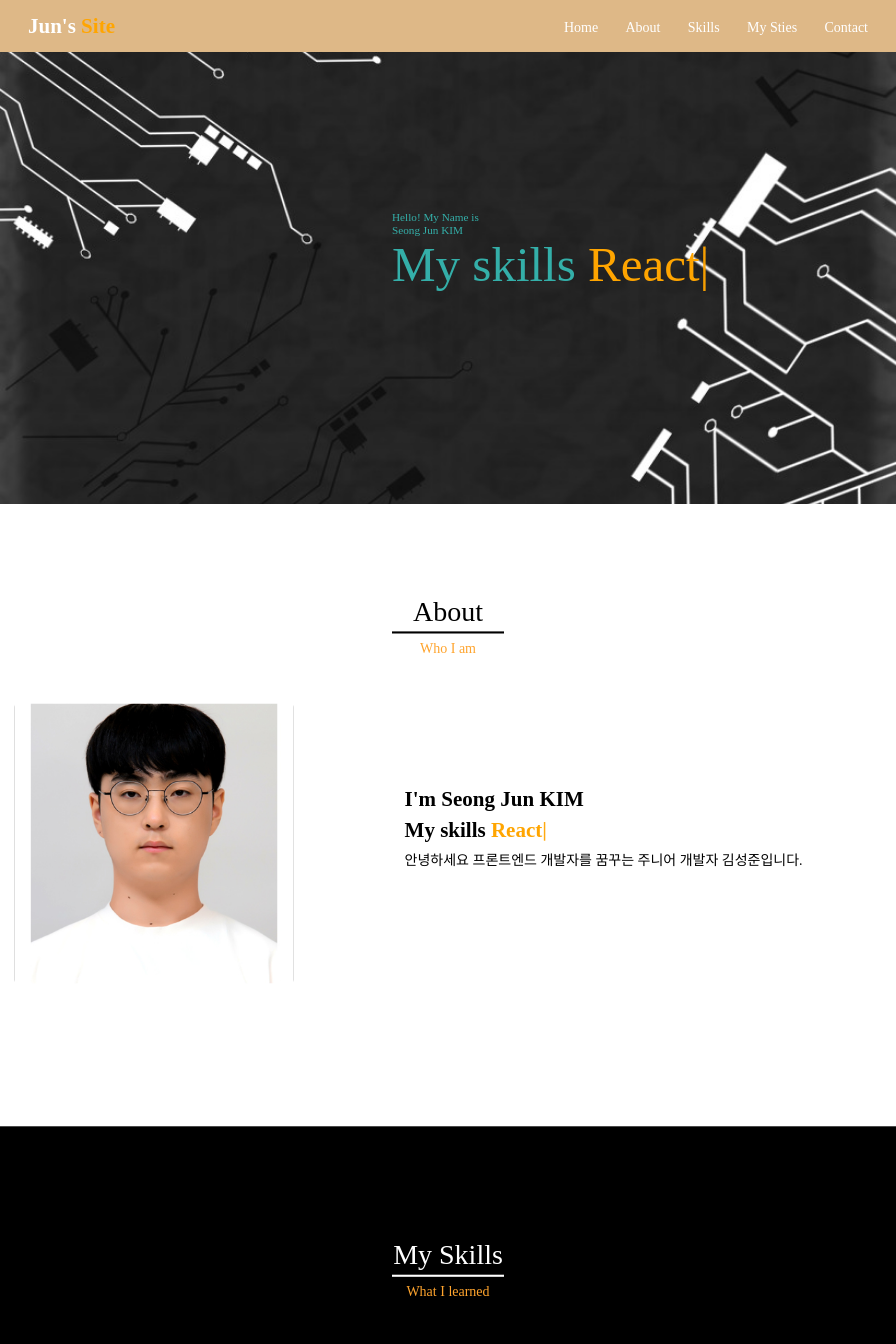
Repository: jun01270/jun
Page: index.html
The author's editor kept a copy of each file at every save. The page is drawn from the files as they stood at one save, then again after the next save.
The browser window is 1280 px wide. The pictures show the part of the page from y = 0 to 1920 px (the page is 3749 px tall), at 70% of full size.
Some web libraries are served in a nearby version.

Above is the page before, as saved 2023-05-15 12:21:05.

### index.html
<!DOCTYPE html>
<html lang="en">
  <head>
    <meta charset="UTF-8" />
    <meta http-equiv="X-UA-Compatible" content="IE=edge" />
    <meta name="viewport" content="width=device-width, initial-scale=1.0" />
    <link rel="stylesheet" href="./css/style.css" />
    <link rel="stylesheet" href="./css/home.css" />
    <link rel="stylesheet" href="./css/about.css" />
    <link rel="stylesheet" href="./css/skills.css" />
    <link rel="stylesheet" href="./css/mysites.css" />
    <link rel="stylesheet" href="./css/contact.css" />
    <script
      src="https://kit.fontawesome.com/252eac6dbf.js"
      crossorigin="anonymous"
    ></script>
    <script src="https://code.jquery.com/jquery-3.6.0.min.js"></script>
    <script src="https://cdnjs.cloudflare.com/ajax/libs/typed.js/2.0.12/typed.min.js"></script>
    <title>Jun's site</title>
  </head>
  <body>
    <nav class="navbar">
      <div class="max-width">
        <div class="logo">
          <a href="#home">Jun's <span>Site</span></a>
        </div>
        <ul class="menu-bar">
          <li><a href="#home" class="menu-btn" id="homeID">Home</a></li>
          <li><a href="#about" class="menu-btn" id="homeID">About</a></li>
          <li><a href="#skills" class="menu-btn">Skills</a></li>
          <li><a href="#my-sites" class="menu-btn">My Sties</a></li>
          <li><a href="#contact" class="menu-btn">Contact</a></li>
        </ul>
      </div>
    </nav>

    <!--home섹션-->
    <section class="home" id="home">
      <div class="max-width">
        <div class="home-section">
          <div class="text-1">Hello! My Name is</div>
          <div class="text-2">Seong Jun KIM</div>
          <div class="text-3">My skills <span class="typing1">HTML</span></div>
        </div>
      </div>
    </section>

    <!--about섹션-->
    <section class="about" id="about">
      <div class="max-width">
        <h2 class="title">About</h2>
        <div class="about-content">
          <div class="left-column"><img src="./img/profile.jpg" /></div>
          <div class="right-column">
            <div class="about-text">I'm Seong Jun KIM</div>
            <div class="about-skills">
              My skills <span class="typing2">HTML</span>
            </div>
            <p>
              안녕하세요 프론트엔드 개발자를 꿈꾸는 주니어 개발자 김성준입니다.
            </p>
          </div>
        </div>
      </div>
    </section>

    <!--skills섹션-->
    <section class="skills" id="skills">
      <div class="max-width">
        <h2 class="title">My Skills</h2>
        <div class="skills-content">
          <div class="left-column">
            <div class="skills-text">
              <div class="sub-title">My skills & Experience</div>
              <p>HTML, Css, js , react를 다루고 있습니다.</p>
            </div>
          </div>
          <div class="right-column">
            <div class="bars">
              <div class="bars-content">
                <span>HTML</span>
                <span>90%</span>
              </div>
              <div class="line html"></div>
            </div>
            <div class="bars">
              <div class="bars-content">
                <span>Css</span>
                <span>80%</span>
              </div>
              <div class="line css"></div>
            </div>
            <div class="bars">
              <div class="bars-content">
                <span>JavaScript</span>
                <span>80%</span>
              </div>
              <div class="line js"></div>
            </div>
            <div class="bars">
              <div class="bars-content">
                <span>React</span>
                <span>80%</span>
              </div>
              <div class="line react"></div>
            </div>
          </div>
        </div>
      </div>
    </section>

    <!--My sties섹션-->
    <section class="my-sites" id="my-sites">
      <div class="max-width">
        <h2 class="title">My Sites</h2>
        <div class="my-sites-content">
          <div class="left-column">
            <a href="https://web-jun.tistory.com/" target="_blank">
              <div class="site">
                <div class="site-images">
                  <img src="/img/blog.jpg" alt="" />
                  <div class="site-text">BLOG</div>
                  <p>개발하는 블로그입니다.</p>
                </div>
              </div>
            </a>
          </div>
          <div class="right-column">
            <a href="https://github.com/jun01270" target="_blank">
              <div class="site">
                <div class="site-images">
                  <img src="/img/github.jpg" alt="" />
                  <div class="site-text">BLOG</div>
                  <p>깃허브 사이트입니다.</p>
                </div>
              </div>
            </a>
          </div>
        </div>
      </div>
    </section>

    <!--Contact 섹션-->
    <section class="contact" id="contact">
      <div class="max-width">
        <h2 class="title">Contact me</h2>
        <div class="contact-content">
          <div class="left column">
            <div class="contact-text">My information</div>
            <p>
              동양미래대학교 컴퓨터소프트웨어공학과를 졸업하여 프론트엔드
              개발자가 되고싶은 주니어 개발자입니다.
            </p>
            <div class="icons-content">
              <i class="fas fa-user"></i>
              <div class="info">
                <div class="head">Name</div>
                <div class="tail">Seong Jun KIM</div>
              </div>
            </div>
            <div class="icons-content">
              <i class="fas fa-envelope"></i>
              <div class="info">
                <div class="head">E-mail</div>
                <div class="tail">kimsj012731@gmail.com</div>
              </div>
            </div>
            <div class="icons-content">
              <i class="fas fa-map-marked-alt"></i>
              <div class="info">
                <div class="head">Address</div>
                <div class="tail">경기도 광명시</div>
              </div>
            </div>
          </div>
          <div class="right column">
            <div class="contact-text">Message Me!</div>
            <form action="#">
              <div class="fields">
                <div class="field name">
                  <input type="text" placeholder="Name" />
                </div>
                <div class="field Email">
                  <input type="email" placeholder="E-mail" />
                </div>
              </div>
              <div class="field subject">
                <input type="text" placeholder="Subject" />
              </div>
              <div class="field contact-area">
                <textarea
                  cols="30"
                  rows="10"
                  placeholder="Contact.. "
                  required
                ></textarea>
              </div>
              <div class="button">
                <button type="submit">Send Message</button>
              </div>
            </form>
          </div>
        </div>
      </div>
    </section>

    <!--Footer섹션-->
    <footer></footer>

    <!--JS섹션-->
    <script src="./js/script.js"></script>
  </body>
</html>

### css/style.css
@import url("https://fonts.googleapis.com/css2?family=Lora&display=swap");

* {
  margin: 0;
  padding: 0;
  box-sizing: border-box;
  text-decoration: none;
}

.home .about .skills .my-sites .contact {
  padding-top: 86px;
}

html {
  scroll-behavior: smooth;
}

.max-width {
  max-width: 1300px;
  padding: 0 20px;
  margin: auto;
}

.section {
  padding: 100px 0;
}

/* .about, .skills, .my-sites, .contact, .footer{
    //폰트삽입
} */

.about .title,
.skills .title,
.my-sites .title,
.contact .title {
  position: relative;
  text-align: center;
  font-size: 40px;
  font-weight: 500;
  margin: 30px 0 100px 0;
  padding-bottom: 8px;
}

.about .title::before,
.skills .title::before,
.my-sites .title::before,
.contact .title::before {
  content: "";
  position: absolute;
  bottom: 0px;
  left: 50%;
  width: 160px;
  height: 3px;
  background-color: black;
  transform: translateX(-50%);
}

.title::after {
  content: "";
  position: absolute;
  bottom: -38px;
  left: 50%;
  font-size: 20px;
  color: rgb(255, 164, 45);
  padding: 5px;
  background-color: white;
  transform: translateX(-50%);
}

.about .about-content,
.skills .skills-content,
.my-sites .my-sites-content,
.contact .contact-content {
  display: flex;
  align-items: center;
  flex-wrap: wrap;
  justify-content: space-between;
}

.navbar {
  position: fixed;
  width: 100%;
  padding: 20px 0;
  z-index: 999;
  transition: all 0.3s ease;
  background-color: burlywood;
}

.navbar .max-width {
  display: flex;
  align-items: center;
  justify-content: space-between;
}

.navbar .logo {
  font-size: 30px;
  font-weight: 600;
  margin-left: 20px;
  color: black;
}

.navbar .logo a {
  color: white;
  text-decoration: none;
}

.navbar .logo a span {
  color: orange;
  transition: all 0.3s ease;
}

.navbar .menu-bar li {
  list-style: none;
  margin: 5px 20px 0 0;
  display: inline-block;
}

.navbar .menu-bar li a {
  display: block;
  text-decoration: none;
  font-size: 20px;
  font-weight: 500;
  margin-left: 15px;
  transition: all 0.3s ease;
}

.menu-bar li:hover {
  background-color: orange;
  border-radius: 3px;
}

.navbar.sticky {
  padding: 20px 0;
  background-color: black;
}

.navbar.sticky .logo a span {
  color: white;
}

.navbar.sticky .menu-bar li a:hover {
  color: white;
}

.navbar .menu-btn {
  color: white;
  font-size: 25px;
  display: none;
  cursor: pointer;
}

@media screen and (max-width: 700px) {
  .navbar {
    flex-direction: column;
    align-items: flex-start;
    margin: 0;
  }

  .menu-bar {
    flex-direction: column;
    align-items: center;
    width: 100%;
  }

  .menu-bar li {
    width: 100%;
    text-align: center;
  }
}

### css/home.css
.home {
  display: flex;
  height: 100vh;
  min-height: 500px;
  color: rgb(52, 175, 169);
  background: url("../img/back.jpg") no-repeat center;
  background-size: cover;
}

.home .max-width {
  margin: auto 0 auto 40px;
}

.home .home-section {
  margin-left: 500px;
}

.home .home-section .text1 {
  font-size: 60px;
}

.home .home-section .text2 {
  font-size: 100px;
  font-weight: 600;
}

.home .home-section .text-3 {
  font-size: 70px;
}

.home .home-section .text-3 span {
  color: orange;
  font-weight: 500;
}

### css/about.css
.about {
  padding: 100px 0;
  transition: all 0.3s ease;
}

.about .title::after {
  content: "Who I am";
  background-color: white;
}

.about .about-content {
  margin-bottom: 100px;
}

.about .about-content .left-column {
  width: 45%;
}

.about .about-content .left-column img {
  height: 400px;
  width: 400px;
  object-fit: cover;
  border-radius: 6px;
}

.about .about-content .right-column {
  width: 55%;
  margin-bottom: 50px;
}

.about .about-content .right-column .about-text,
.about .about-content .right-column .about-skills {
  font-size: 30px;
  font-weight: 600;
  margin-bottom: 10px;
}

.about .about-content .right-column .about-skills span {
  color: orange;
}

.about .about-content .right-column P {
  text-align: justify;
  font-size: 20px;
}

### css/skills.css
.skills {
  padding: 100px 0;
  transition: all 0.3s ease;
}

.skills .title {
  padding-top: 30px;
}

.skills .title::before {
  background-color: white;
}

.skills .title::after {
  content: "What I learned";
  background-color: black;
}

.skills {
  color: white;
  background-color: black;
  padding-bottom: 100px;
}

.skills .sub-title {
  font-size: 30px;
  font-weight: 600;
  padding-bottom: 10px;
}

.skills .skills-content .left-column,
.skills .skills-content .right-column {
  width: calc(50% - 30px);
}

.skills .skills-content .left-column .skills-text {
  font-size: 23px;
  font-weight: 300;
  margin: 0 0 20px 10px;
  text-align: justify;
}

.skills .skills-content .left-column p {
  font-size: 20px;
}

.skills .skills-content .right-column .bars {
  margin-bottom: 15px;
}

.skills .skills-content .right-column .bars-content {
  display: flex;
  margin-bottom: 5px;
  align-items: center;
  justify-content: space-between;
}

.skills .skills-content span {
  font-size: 23px;
  font-weight: 600;
}

.skills .skills-content .right-column .line {
  height: 5px;
  background-color: white;
  width: 100%;
  position: relative;
}

.skills .skills-content .right-column .line::before {
  content: "";
  position: absolute;
  height: 100%;
  left: 0;
  top: 0;
  background-color: crimson;
}

.skills .skills-content .right-column .html::before {
  width: 90%;
}

.skills .skills-content .right-column .css::before {
  width: 65%;
}

.skills .skills-content .right-column .js::before {
  width: 68%;
}

.skills .skills-content .right-column .react::before {
  width: 80%;
}

### css/mysites.css
.my-sites {
  padding: 100px 0;
  transition: all 0.3s ease;
}

.my-sites .title::after {
  content: "What Is My Site ";
}

.my-sites .my-sites-content {
  margin-bottom: 100px;
}

.my-sites .my-sites-content .left-column {
  margin-left: 20%;
}

.my-sites .my-sites-content .right-column {
  margin-right: 20%;
}

.my-sites .my-sites-content a {
  display: flex;
  text-align: center;
  color: black;
}

.my-sites .my-sites-content a,
.my-sites .my-sites-content a:visited,
.my-sites .my-sites-content a:active,
.my-sites .my-sites-content a:hover {
  text-decoration: none;
}

.my-sites .my-sites-content .site {
  background-color: white;
  border-radius: 6px;
  padding: 25px 35px;
  transition: all 0.3s ease;
}

.my-sites .my-sites-content .site img {
  height: 150px;
  width: 150px;
  object-fit: cover;
  border-radius: 50%;
  border: 5px solid rgb(255, 164, 45);
  transition: all 0.3 ease;
}

.my-sites .my-sites-content .site-text {
  font-size: 25px;
  font-weight: 600;
}

.my-sites .my-sites-content p {
  font-size: 18px;
  text-align: justify;
}

.my-sites .my-sites-content .site:hover {
  background-color: rgb(25, 8, 53);
  color: white;
  transform: scale(1.05);
}

.my-sites .my-sites-content .site:hover img {
  border-color: white;
}

### css/contact.css
.contact {
  color: white;
  background-color: rgb(25, 8, 53);
  padding-bottom: 50px;
  padding: 100px 0;
  transition: all 0.3s ease;
}

.contact .title {
  padding-top: 40px;
  margin-bottom: 120px;
  color: white;
}

.contact .title::before {
  background-color: white;
}

.contact .title::after {
  content: "How to Contact Me";
  background-color: rgb(25, 8, 53);
}

.contact .contact-content .column {
  width: 45%;
}

.contact .contact-content .contact-text {
  font-size: 25px;
  font-weight: 600;
  padding-bottom: 10px;
}

.contact .contact p {
  font-size: 15px;
  text-align: justify;
}

.contact .contact-content .left .icons {
  margin: 15px 0;
}

.contact .contact-content .icons-content {
  display: flex;
  align-items: center;
  height: 60px;
}

.contact .contact-content .icons-content i {
  margin-right: 20px;
  font-size: 25px;
  color: rgb(255, 164, 45);
}

.contact .contact-content .icons-content .info .head {
  font-weight: 600;
  font-size: 15px;
}

.contact .contact-content .icons-content .info .tail {
  color: rgb(230, 220, 220);
}

.contact .contact-content .fields {
  display: flex;
}

.contact .contact-content .field,
.contact .contact-content .fields .field {
  height: 40px;
  width: 100%;
  margin-bottom: 15px;
}

.contact .contact-content .right {
  margin-bottom: 50px;
}

.contact .contact-content .right .contact-area {
  height: 80px;
  width: 100%;
}

.contact .right form .name {
  margin-right: 10px;
}

.contact .right form .email {
  margin-left: 10px;
}

.contact .right form .field input,
.contact .right form .contact-area textarea {
  height: 100%;
  width: 100%;
  border: 1px solid rgb(255, 164, 45);
  border-radius: 6px;
  outline: none;
  padding: 0 15px;
  font-size: 15px;
}

.contact .right form .contact-area textarea {
  padding-top: 10px;
  resize: none;
}

.contact .right form .button {
  height: 40px;
  width: 120px;
}

.contact .right form .button button {
  width: 100%;
  height: 100%;
  border: 2px solid rgb(255, 164, 45);
  background-color: rgb(255, 164, 45);
  border-radius: 6px;
  font-size: 15px;
  font-weight: 600;
  transition: all 0.3s ease;
}

.contact .right form .button button:hover {
  color: rgb(255, 164, 45);
  background: none;
}

### js/script.js
$(document).ready(function () {
  $(window).scroll(function () {
    if (this.scrollY > 20) {
      $("navbar").addClass("sticky");
    } else {
      $("navbar").removeClass("sticky");
    }
  });
});

$(".menu-btn").click(function () {
  $(".navbar .menu-bar").toggleClass("active");
  $("menu-btn i").toggleClass("active");
});

var typed = new Typed(".typing1", {
  strings: ["HTML", "Css", "Java Script", "React"],
  typeSpeed: 100,
  backSpeed: 60,
  loop: true,
});

var typed = new Typed(".typing2", {
  strings: ["HTML", "Css", "Java Script", "React"],
  typeSpeed: 100,
  backSpeed: 60,
  loop: true,
});

### css/reponsive.css
/* 반응형 미디어 쿼리  */
@media (max-width: 1799px) {
  .home .max-width {
    margin-left: 5px;
  }
}

@media (max-width: 1199px) {
  .about .about-content .left img {
    height: 350px;
    width: 350px;
  }
}

@media (max-width: 899px) {
  .max-width {
    padding: 0 50px;
  }
}

@media (max-width: 899px) {
  .navbar .menu-btn {
    display: inline-block;
    z-index: 999;
  }

  .navbar .menu-btn i.active:before {
    content: "\f00d";
  }

  .navbar .menubar {
    position: fixed;
    height: 100vh;
    width: 100%;
    left: -100%;
    top: 0;
    background: #111;
    text-align: center;
    padding-top: 80px;
    transition: all 0.3s ease;
  }

  .navbar .menubar.active {
    left: 0;
  }

  .navbar .menubar li {
    display: block;
  }

  .navbar .menubar li a {
    display: inline-block;
    margin: 20px 0;
    font-size: 25px;
  }

  .home .home-content .text-2 {
    font-size: 70px;
  }

  .home .home-content .text-3 {
    font-size: 35px;
  }

  .about .about-content .column {
    width: 100%;
  }

  .about .about-content .left {
    display: flex;
    justify-content: center;
    margin: 0 auto 60px;
  }

  .max-width {
    max-width: 800px;
  }

  .skills .skills-content .column,
  .my-site .my-site-content .column,
  .contact .contact-content .column {
    width: 100%;
    margin-bottom: 25px;
  }

  .my-site .my-site-content .site-text {
    padding: 10px 0;
  }
}

@media (max-width: 599px) {
  .max-width {
    padding: 0 25px;
  }

  .home .home-section .text-2 {
    font-size: 60px;
  }

  .home .home-section .text-3 {
    font-size: 32px;
  }

  .home .home-section a {
    font-size: 20px;
  }
}

@media (max-width: 500px) {
  .home .home-section .text-2 {
    font-size: 50px;
  }

  .home .home-section .text-3 {
    font-size: 27px;
  }
}

After the next save:
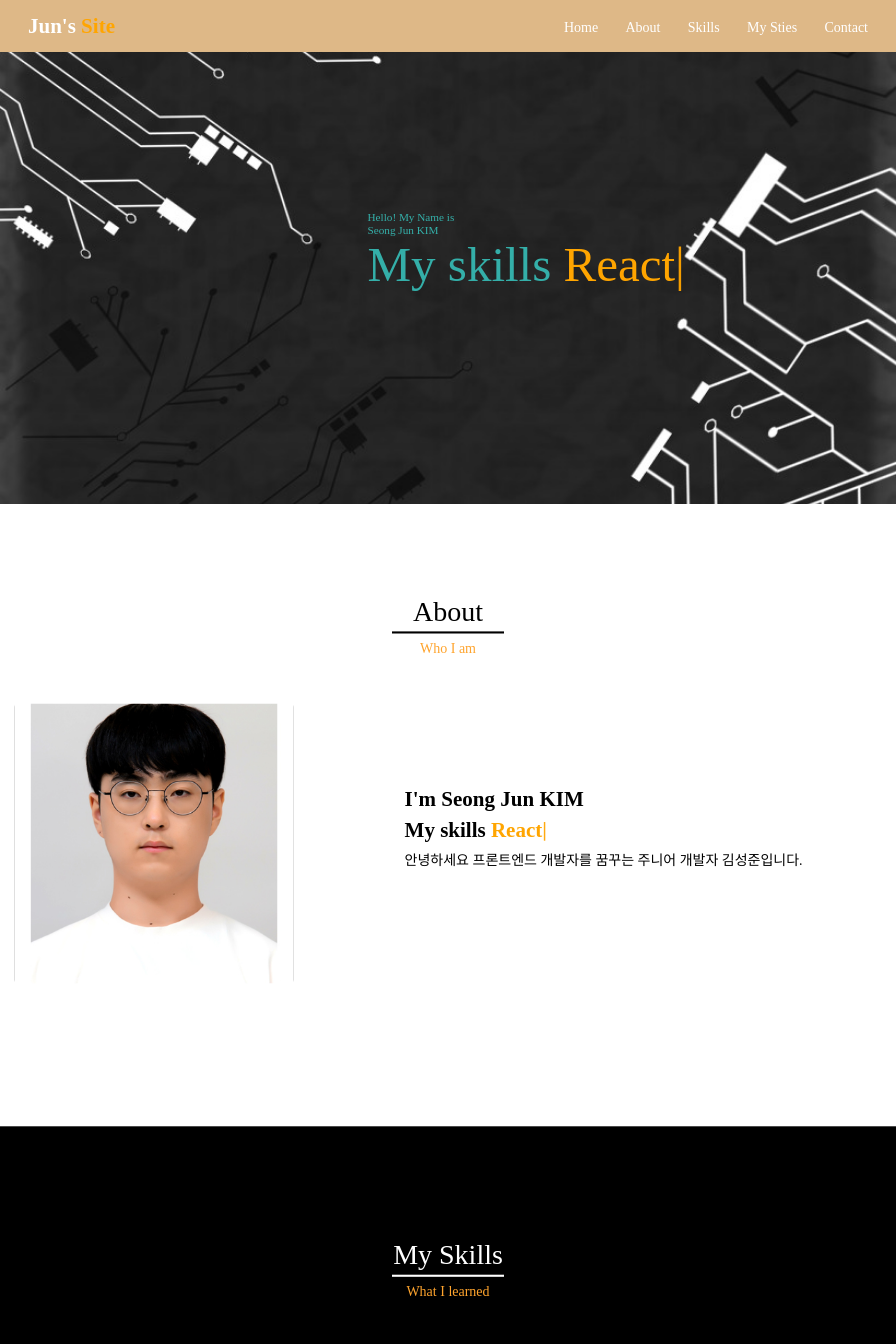
Saved 33 s later.
--- a/index.html
+++ b/index.html
@@ -10,6 +10,7 @@
     <link rel="stylesheet" href="./css/skills.css" />
     <link rel="stylesheet" href="./css/mysites.css" />
     <link rel="stylesheet" href="./css/contact.css" />
+    <link rel="stylesheet" href="./css/reponsive.css" />
     <script
       src="https://kit.fontawesome.com/252eac6dbf.js"
       crossorigin="anonymous"
